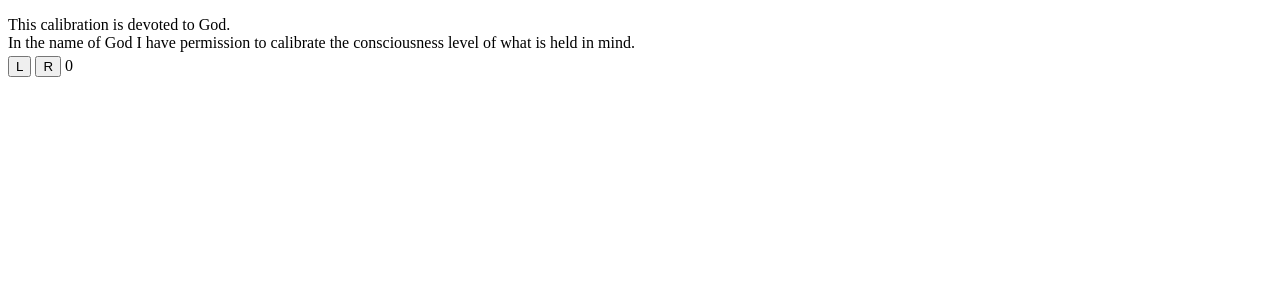
Repository: SanjoSolutions/projects
Page: binary-search/binary_number_encoding_to_decimal_number_encoding_.html
These files come from the project's save history. The page is drawn as it stood at one moment and after the next save; the edit follows.
The browser window is 1280 px wide. The pictures show the whole page.

Above is the page before, as saved 2020-09-02 14:27:34.

After the next save:
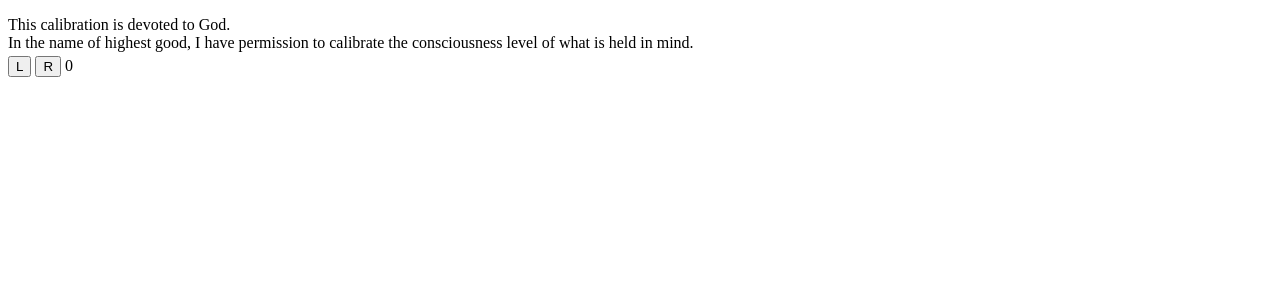
Saved 1 s later.
--- a/binary-search/binary_number_encoding_to_decimal_number_encoding_.html
+++ b/binary-search/binary_number_encoding_to_decimal_number_encoding_.html
@@ -9,7 +9,7 @@
 <body>
   <p style="margin-bottom: 0.25rem;">
     This calibration is devoted to God.<br>
-    In the name of God I have permission to calibrate the consciousness level of what is held in mind.
+    In the name of highest good, I have permission to calibrate the consciousness level of what is held in mind.
   </p>
   <button id="l">L</button>
   <button id="r">R</button>
